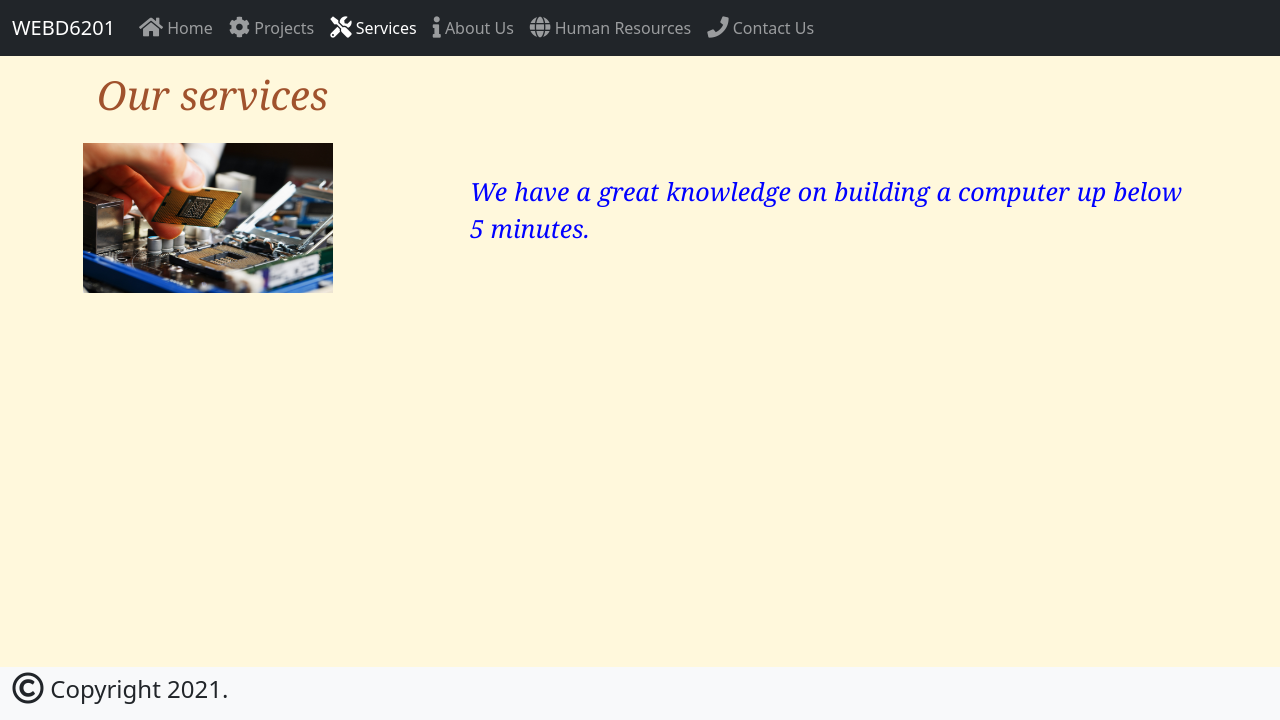
Repository: YiuWingLau/WEBD6201-W2021-Lab1
Page: services.html
An editor plug-in stored every save of this project. The page is shown before and after the next save, followed by the edit.
The browser window is 1280 px wide. The pictures show the whole page.

Above is the page before, as saved 2021-02-04 22:06:10.
Console error: ReferenceError: project is not defined

### services.html
<!DOCTYPE html>
<html lang="en">
<head>
    <meta charset="UTF-8">
    <meta name="viewport" content="width=device-width, initial-scale=1.0">
    <title>Services</title>

    <!--CSS Section -->
    <link rel="stylesheet" href="./node_modules/bootstrap/dist/css/bootstrap.min.css">
    <link rel="stylesheet" href="./node_modules/@fortawesome//fontawesome-free/css/all.min.css">
    <link rel="stylesheet" href="./Content/app.css">
</head>
<body>
    <!-- Main Header-->
    <header>
      <!-- Main Navigation-->
      <nav class="navbar navbar-expand-lg navbar-dark bg-dark">
          <div class="container-fluid">
            <a class="navbar-brand" href="index.html">WEBD6201</a>
            <button class="navbar-toggler" type="button" data-bs-toggle="collapse" data-bs-target="#navbarSupportedContent" aria-controls="navbarSupportedContent" aria-expanded="false" aria-label="Toggle navigation">
              <span class="navbar-toggler-icon"></span>
            </button>
            <div class="collapse navbar-collapse" id="navbarSupportedContent">
              <ul class="navbar-nav me-auto mb-2 mb-lg-0">

                <li id="navBarIndex" class="nav-item">
                  <a class="nav-link" aria-current="page" href="index.html"><i class="fas fa-home fa-lg"></i> Home</a>
                </li>

                <li id="navBarProjects" class="nav-item">
                  <a class="nav-link" aria-current="page" href="products.html"><i class="fas fa-cog fa-lg"></i> Products</a>
                </li>

                <li id="navBarServices" class="nav-item">
                  <a class="nav-link active" aria-current="page" href="services.html"><i class="fas fa-tools fa-lg"></i> Services</a>
                </li>

                <li id="navBarAboutUs" class="nav-item">
                  <a class="nav-link" aria-current="page" href="about.html"><i class="fas fa-info fa-lg"></i> About Us</a>
                </li>

                <li id="navBarContactUs" class="nav-item">
                  <a class="nav-link" aria-current="page" href="contact.html"><i class="fas fa-phone fa-lg"></i> Contact Us</a>
                </li>

              </ul>
            </div>
          </div>
      </nav>
  </header>
    <main class="container">
    </main>

    <footer>
        <nav class="navbar fixed-bottom navbar-light bg-light">
            <div class="container-fluid">
              <h4><i class="far fa-copyright fa-lg"></i> Copyright 2021.</a></h4>
            </div>
        </nav>
    </footer>
    <!-- JavaScript Section -->
    <script src="./node_modules/jquery/dist/jquery.min.js"></script>
    <script src="./node_modules/bootstrap/dist/js/bootstrap.bundle.min.js"></script>
    <script src="./Scripts/app.js"></script>
</body>
</html>

### Content/app.css
h1 {
    padding: 15px;
    color: sienna;
    font-family: Cambria, Cochin, Georgia, Times, 'Times New Roman', serif;
    font-style: italic;
}

p {
    padding: 15px;
    color: blue;
    font-family:Cambria, Cochin, Georgia, Times, 'Times New Roman', serif;
    font-style: italic;
    font-size: 25px;
    text-align: justify;
}

body {
    background-color: cornsilk;
}

#homePicture {
    width: 1000px;
    height: 600px;
}

#favImage {

    width: 250px;
    height: 150px;
}

### Scripts/app.js
/* custom JavaScript goes here */

//IIFE - Immediately Invoked Function Expression
//AKA - Anonymous Self-Executing Function
//Closure - limits scope leak

"use strict";

(function()
{
    function displayHome()
    {
      // create heading element
      let homeHeading = document.createElement("h1");
      // configure the element
      homeHeading.setAttribute("id", "homeHeading");
      homeHeading.textContent = "Welcome to WEBD6201";
      // select the parent element
      let mainContent = document.getElementsByTagName("main")[0];
      // Add / Insert the element
      mainContent.appendChild(homeHeading);

      // inject the background image to the home pageinject the background image to the home page
        let myhomebackground = document.createElement("img");
        myhomebackground.setAttribute("id", "homePicture");
        myhomebackground.setAttribute("src", "./images/homepagebackground.jpg");
        myhomebackground.setAttribute("alt", "Computer Programmer");
        mainContent.appendChild(myhomebackground);

        // inject the first paragraph to the home page
        let newParagraph = document.createElement("p");
        newParagraph.setAttribute("id", "paragraphTwo");
        newParagraph.textContent = "We provide the best programming service for you...";
        mainContent.appendChild(newParagraph);
    }

    function displayAbout()
    {
        //create new element Human Resources
        let myPicture = document.createElement("img");
        myPicture.setAttribute("id", "myImage");
        myPicture.setAttribute("src", "./images/img_me.jpg");
        myPicture.setAttribute("alt", "Nelson Lau");
        myPicture.setAttribute("width", "192");
        myPicture.setAttribute("height", "108");

        // Step 1. document.createElement
        let ParagraphOne = document.createElement("p");
        // Step 2. configure the element
        ParagraphOne.setAttribute("id", "myIntroduction");
        ParagraphOne.textContent = "Here are my favourite projects.";
        // Step 3. select the parent element
        let mainContent = document.getElementsByTagName("main")[0];
        mainContent.appendChild(myPicture);
        // Step 4. Add / Insert the element
        mainContent.appendChild(ParagraphOne);
        ParagraphOne.className = "fs-lg";

    }

    function displayProjects()
    {
      // create and add heading to Projects page
      let projectHeading = document.createElement("h1");
      projectHeading.setAttribute("id", "projectHeading");
      projectHeading.textContent = " My favourite projects";
      let mainContent = document.getElementsByTagName("main")[0];
      mainContent.appendChild(projectHeading);


      // create favorite projects element div tag
      let project = document.createElement("table");
      //project.setAttribute("class", "container");
      project.setAttribute("id", "project");
      mainContent.appendChild(project);

      // create & insert 1st favorite project detail
      let projectOne = document.createElement("tr");
      //projectOne.setAttribute("class", "row");
      projectOne.setAttribute("id", "projectOne");
      projectOne.innerHTML = `<td><img id="favImage" src="./images/hardware.jpg" alt="computer hardware"></td>
                              <td class="col-8"><p> We have a great knowledge on building a computer up below 5 minutes.</p></td>`;
      project.appendChild(projectOne);

      // create & insert 2nd favorite project detail
      let projectTwo = document.createElement("tr");
      //projectTwo.setAttribute("class", "row");
      projectTwo.setAttribute("id", "projectTwo");
      projectTwo.innerHTML = `<td><img id="favImage" src="./images/mainframe.jpg" alt="mainframe development"></td>
                              <td><p> We have successfully to help several companies building up their mainframe systems.</p></td>`;
      project.appendChild(projectTwo);

      // create & insert 2nd favorite project detail
      let projectThree = document.createElement("tr");
      //projectThree.setAttribute("class", "row");
      projectThree.setAttribute("id", "projectThree");
      projectThree.innerHTML = `<td><img id="favImage" src="./images/networking.jpg" alt="computer networking"></td>
                                <td><p> We have successfully to help several companies building up their network.</p></td>`;
      project.appendChild(projectThree);
    }

    function displayHumanResources()
    {

    }

    function displayServices()
    {
      // create and add heading to Projects page
      let serviceHeading = document.createElement("h1");
      serviceHeading.setAttribute("id", "projectHeading");
      serviceHeading.textContent = " Our services";
      let mainContent = document.getElementsByTagName("main")[0];
      mainContent.appendChild(serviceHeading);


      // create favorite service element div tag
      let service = document.createElement("table");
      //service.setAttribute("class", "container");
      service.setAttribute("id", "service");
      mainContent.appendChild(service);

      // create & insert 1st favorite service detail
      let serviceOne = document.createElement("tr");
      //serviceOne.setAttribute("class", "row");
      serviceOne.setAttribute("id", "serviceOne");
      serviceOne.innerHTML = `<td><img id="favImage" src="./images/hardware.jpg" alt="computer hardware"></td>
                              <td class="col-8"><p> We have a great knowledge on building a computer up below 5 minutes.</p></td>`;
      service.appendChild(serviceOne);

      // create & insert 2nd favorite service detail
      let serviceTwo = document.createElement("tr");
      //serviceTwo.setAttribute("class", "row");
      serviceTwo.setAttribute("id", "serviceTwo");
      serviceTwo.innerHTML = `<td><img id="favImage" src="./images/mainframe.jpg" alt="mainframe development"></td>
                              <td><p> We have successfully to help several companies building up their mainframe systems.</p></td>`;
      project.appendChild(serviceTwo);

      // create & insert 2nd favorite service detail
      let serviceThree = document.createElement("tr");
      //serviceThree.setAttribute("class", "row");
      serviceThree.setAttribute("id", "serviceThree");
      serviceThree.innerHTML = `<td><img id="favImage" src="./images/networking.jpg" alt="computer networking"></td>
                                <td><p> We have successfully to help several companies building up their network.</p></td>`;
      service.appendChild(serviceThree);
    }

    function displayContact()
    {
        let messageArea = document.getElementById("messageArea");
        messageArea.hidden = true;

        // form validation
        let fullName = document.getElementById("fullName");
        fullName.addEventListener("blur", function() {
            if(fullName.value.length < 2)
            {
                fullName.focus();
                fullName.select();
                messageArea.hidden = false;
                messageArea.className = "alert alert-danger";
                messageArea.textContent = "Please enter an appropriate Name";
            }
            else
            {
                messageArea.removeAttribute("class");
                messageArea.hidden = true;
            }
        });

        let sendButton = document.getElementById("sendButton");
        sendButton.addEventListener("click", function(event){
            //event.preventDefault();

            let contact = new Contact(fullName.value, contactNumber.value, emailAddress.value);

            if(contact.serialize())
            {
              localStorage.setItem((localStorage.length + 1).toString(), contact.serialize());
            }

        });
    }

    function displayContactList()
    {
      if (localStorage.length > 0)
      {
        let contactList = document.getElementById("contactList");

        let data = "";

        for (let index = 0; index < localStorage.length; index++)
        {
          let contactData = localStorage.getItem((index + 1).toString());

          let contact = new Contact();
          contact.deserialize(contactData);

          data += `<tr>
          <th scope="row">${index + 1}</th>
          <td>${contact.FullName}</td>
          <td>${contact.ContactNumber}</td>
          <td>${contact.EmailAddress}</td>
        </tr>`;
        }

        contactList.innerHTML = data;
      }
    }

    // function to correct the wrong link and text content in navigation bar
    function changeNavBarName()
    {
        let navName = document.getElementById("navBarProjects");
        navName.innerHTML = `<a class='nav-link' aria-current='page' href='projects.html'><i class="fas fa-cog fa-lg"></i> Projects</a>`;
    }

    // function to add Human Resource element to Nav Bar between About Us and Contact Us
    function addNewNavBarElement()
    {
        //create new element Human Resources
        let newListElement = document.createElement("li");
        newListElement.setAttribute("id", "navBarHumanResources");
        newListElement.setAttribute("class", "nav-item");
        newListElement.innerHTML = `<a class='nav-link' aria-current='page' href='Human-Resources.html'><i class="fas fa-globe fa-lg"></i> Human Resources</a>`;
        // append new element after About Us
        let aboutUsListElement = document.getElementById("navBarAboutUs");
        aboutUsListElement.after(newListElement);
    }

    function Start()
    {
        console.log("App Started...");

        changeNavBarName();

        addNewNavBarElement();

        switch (document.title)
        {
          case "Home":
              displayHome();
            break;
          case "About":
              displayAbout();
            break;
          case "Projects":
              displayProjects();
            break;
          case "Human Resources":
              displayHumanResources();
            break;
          case "Services":
              displayServices();
            break;
          case "Contact":
              displayContact();
            break;
          case "Contact-List":
            displayContactList();
          break;
        }

    }

    window.addEventListener("load", Start);

})();

Loaded but not shown: node_modules/bootstrap/dist/css/bootstrap.min.css (library); node_modules/@fortawesome/fontawesome-free/css/all.min.css (library); node_modules/jquery/dist/jquery.min.js (library); node_modules/bootstrap/dist/js/bootstrap.bundle.min.js (library)

After the next save:
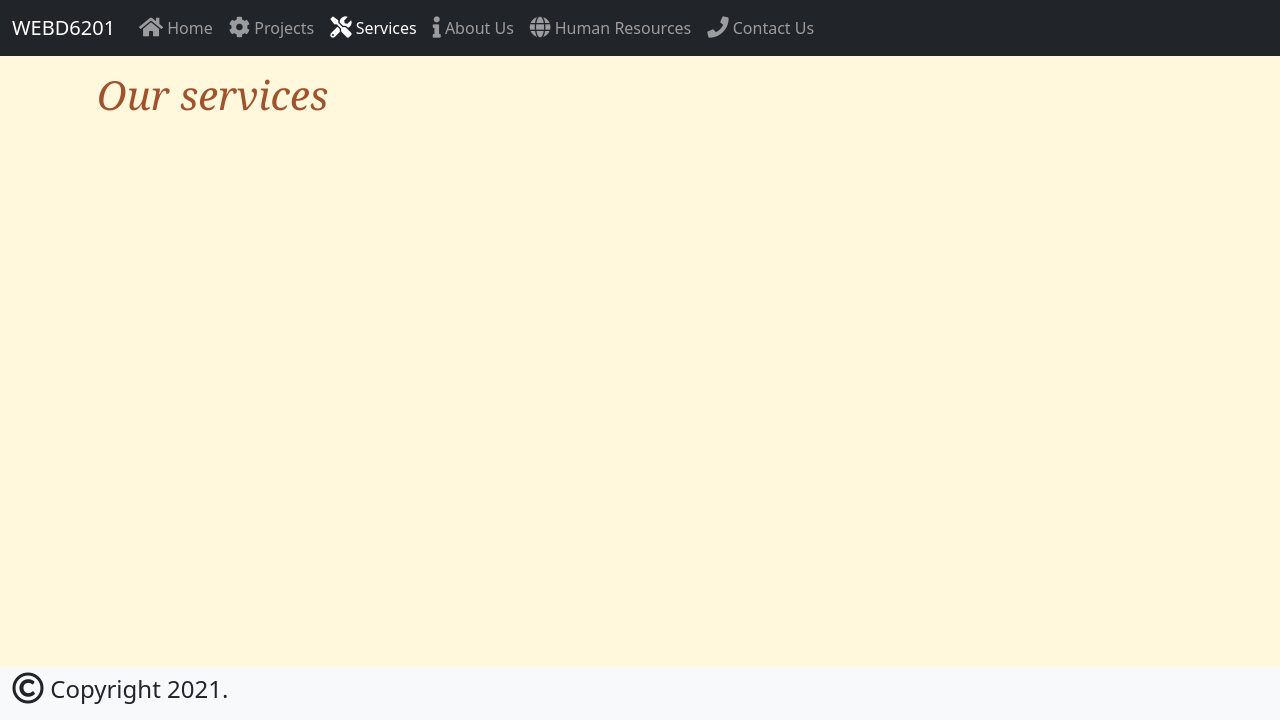
Console error: ReferenceError: service is not defined
Saved 2 min 54 s later.
--- a/Scripts/app.js
+++ b/Scripts/app.js
@@ -115,17 +115,17 @@
 
 
       // create favorite service element div tag
-      let service = document.createElement("table");
+      //let service = document.createElement("table");
       //service.setAttribute("class", "container");
-      service.setAttribute("id", "service");
-      mainContent.appendChild(service);
+     // service.setAttribute("id", "service");
+      //mainContent.appendChild(service);
 
       // create & insert 1st favorite service detail
-      let serviceOne = document.createElement("tr");
+      let serviceOne = document.createElement("div");
       //serviceOne.setAttribute("class", "row");
       serviceOne.setAttribute("id", "serviceOne");
-      serviceOne.innerHTML = `<td><img id="favImage" src="./images/hardware.jpg" alt="computer hardware"></td>
-                              <td class="col-8"><p> We have a great knowledge on building a computer up below 5 minutes.</p></td>`;
+      serviceOne.innerHTML = `<div class="col-6"><img id="favImage" src="./images/hardware.jpg" alt="computer hardware"></div>
+                              <div class="col-6"><p> We have a great knowledge on building a computer up below 5 minutes.</p></div>`;
       service.appendChild(serviceOne);
 
       // create & insert 2nd favorite service detail
